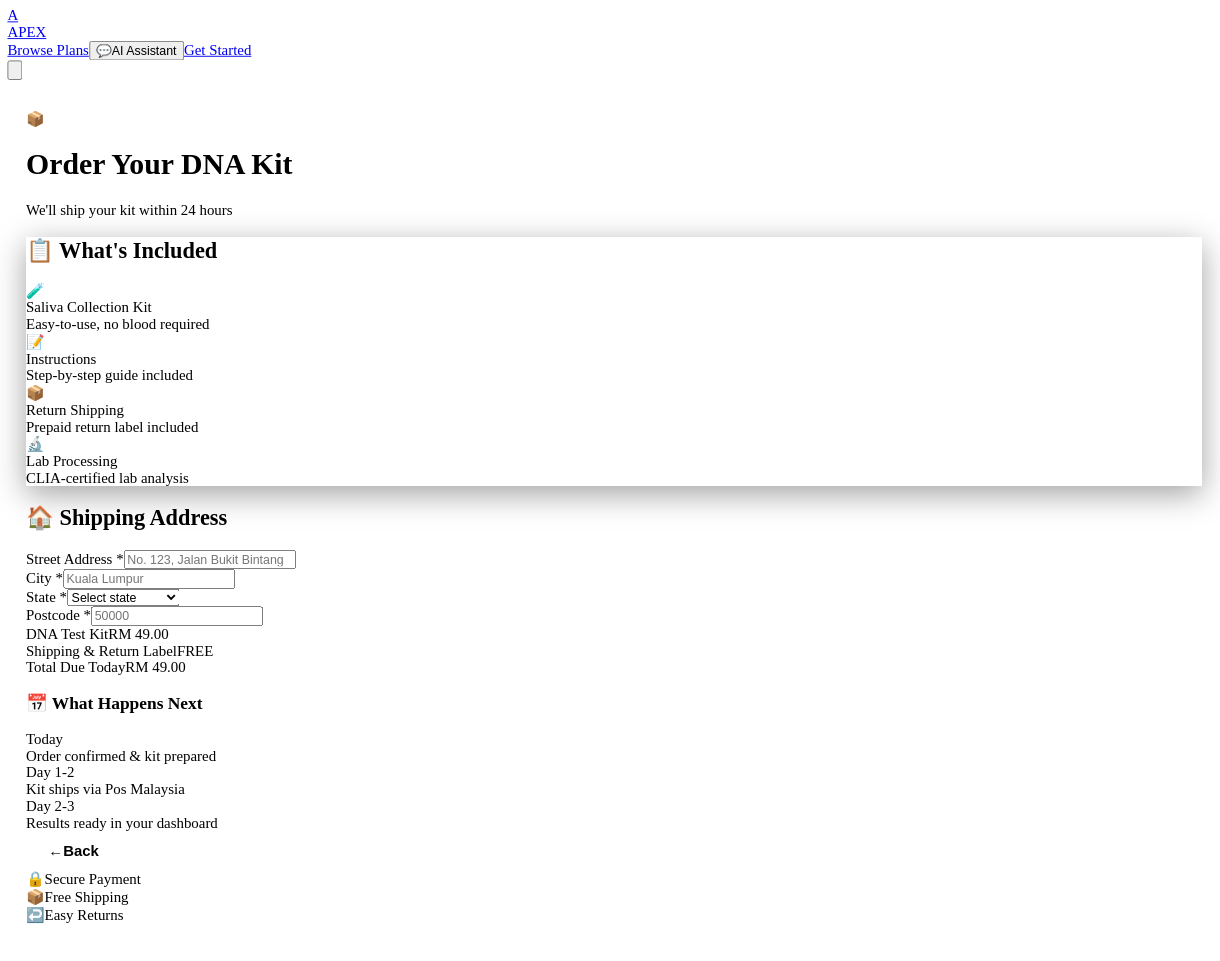
Repository: hmhhmm/Apex-AI-Driven-Insurance-Recommendation-System
Page: /onboarding/dna-test/order-kit (app in client/)
An editor plug-in stored every save of this project. The page is shown before and after the next save, followed by the edit.
The browser window is 1280 px wide. The page is 1312 px wide, so the pictures cover 1312 px, including what lies to the right of the window. The pictures show the whole page, at 93% of full size.
The project was rebuilt for these pictures with package versions that can differ from the ones it lists, and the page was loaded fresh each time. Also part of the build but not shown: client/src/components/chat/ChatHeader.tsx, client/src/components/chat/ChatMessages.tsx, client/src/components/chat/QuickActions.tsx, client/src/components/chat/ChatInput.tsx, client/src/components/landing/ParticleBackground.tsx, client/src/components/landing/AnimatedHero.tsx, client/src/components/landing/DashboardCard.tsx, client/src/pages/Landing.tsx and 11 more.

Above is the page before, as saved 2025-11-01 21:06:00.

After the next save:
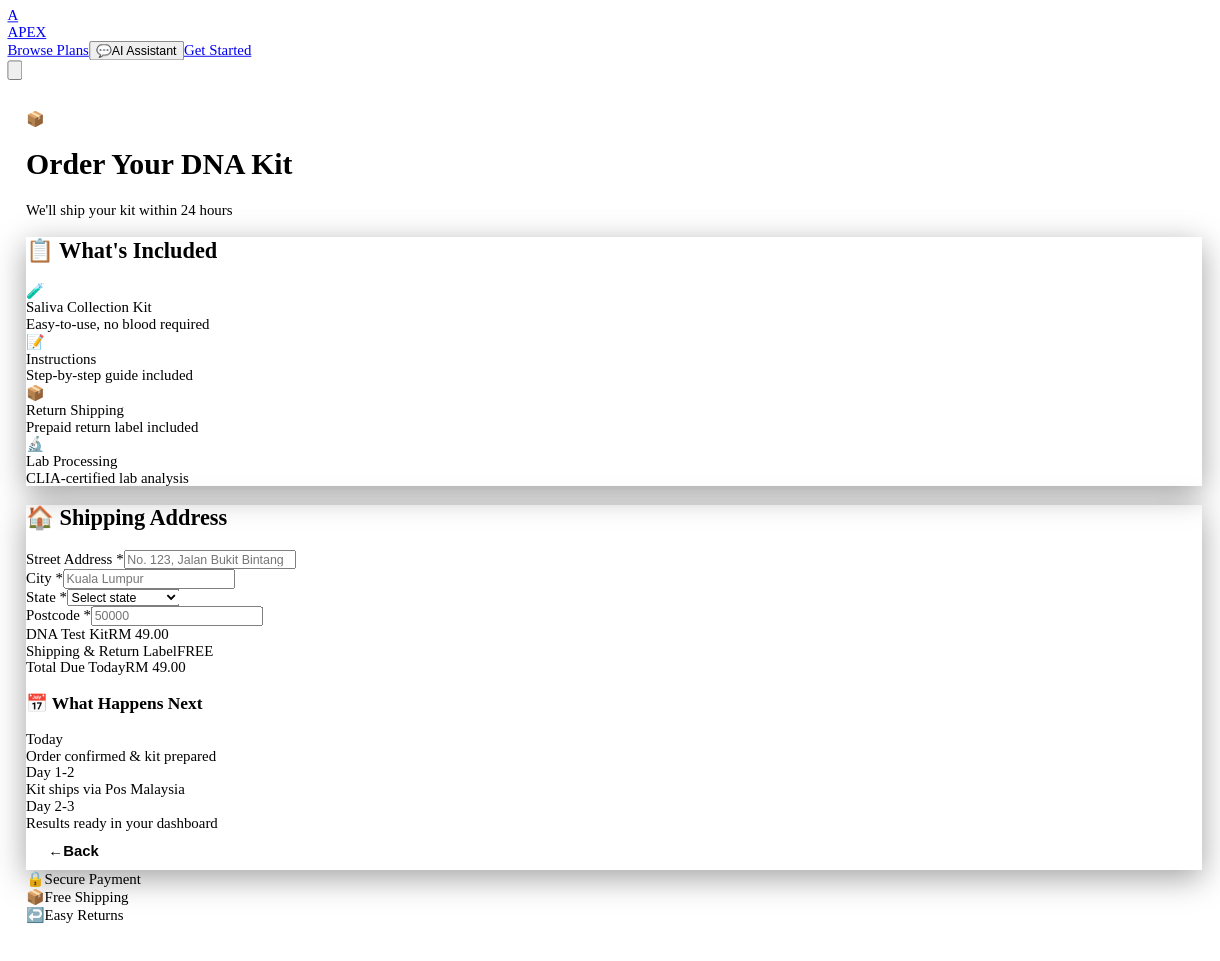
Saved 9 s later.
--- a/client/src/pages/onboarding/DNATestOptions/OrderKit.tsx
+++ b/client/src/pages/onboarding/DNATestOptions/OrderKit.tsx
@@ -119,9 +119,10 @@ export default function OrderKit() {
           animate={{ opacity: 1, y: 0 }}
           transition={{ delay: 0.3 }}
           onSubmit={handleSubmit(onSubmit)}
-          className="card space-y-6"
+          className="backdrop-blur-2xl bg-gradient-to-br from-white/[0.07] to-white/[0.02] border border-white/10 rounded-3xl p-8 space-y-6"
+          style={{ boxShadow: '0 8px 32px 0 rgba(0, 0, 0, 0.37)' }}
         >
-          <h2 className="text-2xl font-bold text-white flex items-center gap-2">
+          <h2 className="text-2xl font-light text-white flex items-center gap-2">
             <span>🏠</span> Shipping Address
           </h2>
 
